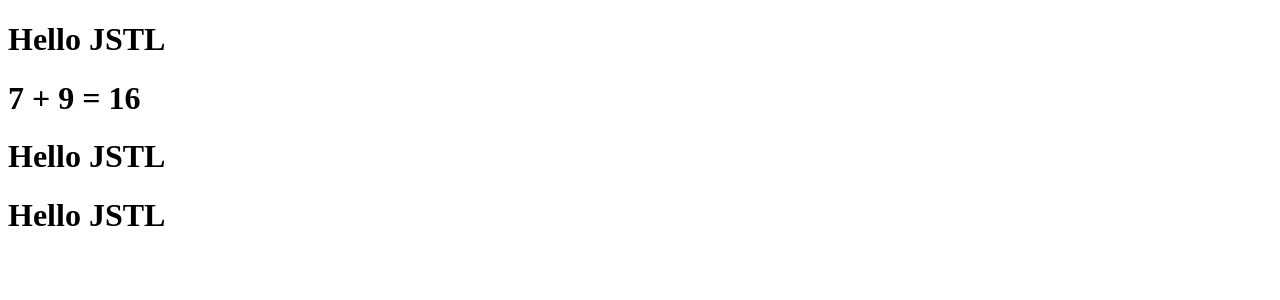
Repository: hari6180/JSP
Page: http://localhost/Model2/SimpleJstl
An editor plug-in stored every save of this project. The page is shown before and after the next save, followed by the edit.
The browser window is 1280 px wide. The pictures show the whole page.
The page is served by Tomcat 9. Other server files are loaded and not shown.

Above is the page before, as saved 2021-01-25 06:13:19.

### Model2/WebContent/WEB-INF/views/simple_jstl.jsp
<%@ page language="java" contentType="text/html; charset=UTF-8" pageEncoding="UTF-8"%>
<%@ page trimDirectiveWhitespaces="true" %>
<%@ taglib prefix="c" uri="http://java.sun.com/jsp/jstl/core" %>
<!doctype html>
<html>

<head>
    <meta charset="UTF-8" />
</head>

<body>
    <h1>${my_message}</h1>
    <h1>${my_num1} + ${my_num2} = ${my_num1+my_num2}</h1>
    <h1>${my_message}</h1>
    <h1>${my_message}</h1>
</body>

</html>

### Model2/src/study/jsp/model2/controller/SimpleJstl.java
package study.jsp.model2.controller;

import java.io.IOException;

import javax.servlet.RequestDispatcher;
import javax.servlet.ServletException;
import javax.servlet.annotation.WebServlet;
import javax.servlet.http.HttpServlet;
import javax.servlet.http.HttpServletRequest;
import javax.servlet.http.HttpServletResponse;


/**
 * Servlet implementation class SimpleJstl
 */
@WebServlet("/SimpleJstl")
public class SimpleJstl extends HttpServlet {

	private static final long serialVersionUID = 7169072422760914445L;

	/**
	 * @see HttpServlet#doGet(HttpServletRequest request, HttpServletResponse response)
	 */
	protected void doGet(HttpServletRequest request, HttpServletResponse response) throws ServletException, IOException {
		// 브라우저에 전달되는 컨텐츠의 형식 지정
		response.setContentType("text/html; charset=utf-8");
		// 브라우저로부터 전달받는 파라미터의 인코딩 형식 지정
		request.setCharacterEncoding("utf-8");

		// 문자열 변수를 View에 전달함
		String message = "Hello JSTL";
		request.setAttribute("my_message", message);

		// 정수형 변수를 View에 전달함
		int num1 = 7;
		int num2 = 9;
		request.setAttribute("my_num1", num1);
		request.setAttribute("my_num2", num2);

		// Pojo 클래스에 대한 객체를 View에 전달함
		Member member = new Member();
		member.setName("학생");
		member.setAge(20);
		request.setAttribute("my_member", member);

		// 현재 서블릿의 요청을 JSP에게 전달하는 객체 생성
		RequestDispatcher dispatcher = request.getRequestDispatcher("WEB-INF/views/simple_jstl.jsp");

		// 현재 서블릿의 프로그램 흐름을 "/jstl/simple_mvc.jsp" 페이지에게 넘긴다.
		dispatcher.forward(request, response);
	}

	/**
	 * @see HttpServlet#doPost(HttpServletRequest request, HttpServletResponse response)
	 */
	protected void doPost(HttpServletRequest request, HttpServletResponse response) throws ServletException, IOException {
		// TODO Auto-generated method stub
		doGet(request, response);
	}

}

### Model2/src/study/jsp/model2/controller/Member.java
package study.jsp.model2.controller;

import lombok.Data;

@Data
public class Member {
	private String name;
	private int age;
}

After the next save:
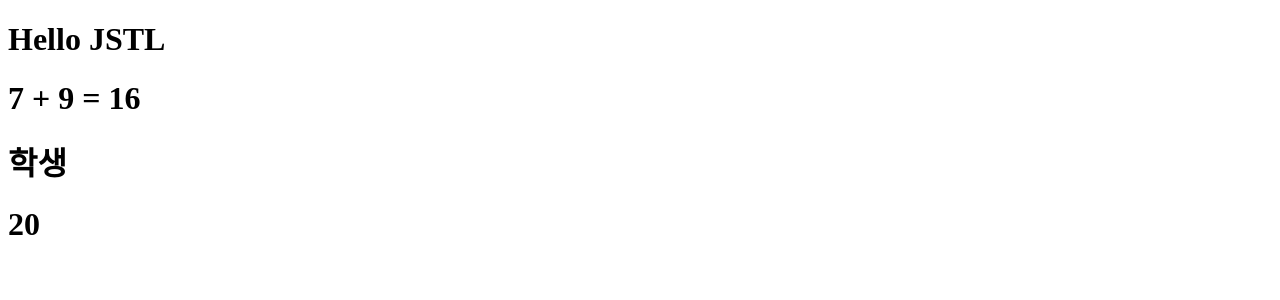
Saved 11 s later.
--- a/Model2/WebContent/WEB-INF/views/simple_jstl.jsp
+++ b/Model2/WebContent/WEB-INF/views/simple_jstl.jsp
@@ -11,8 +11,8 @@
 <body>
     <h1>${my_message}</h1>
     <h1>${my_num1} + ${my_num2} = ${my_num1+my_num2}</h1>
-    <h1>${my_message}</h1>
-    <h1>${my_message}</h1>
+    <h1>${my_member.name}</h1>
+    <h1>${my_member.age}</h1>
 </body>
 
 </html>
